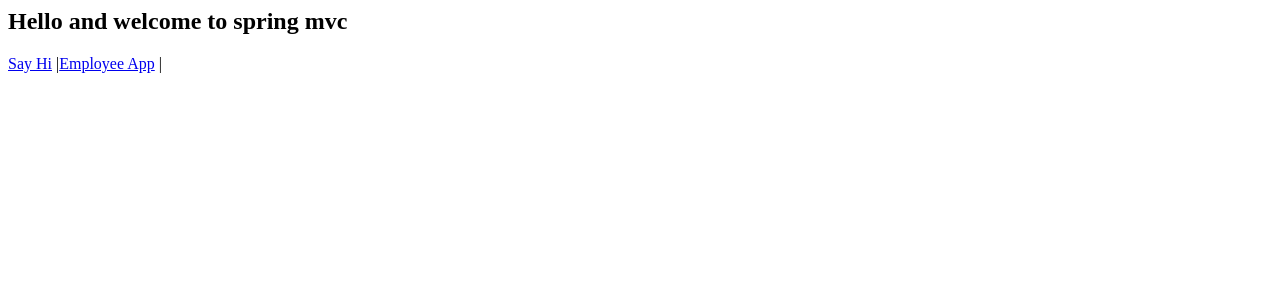
Repository: LuckyDhiman819/reveture-data
Page: http://localhost/spring-mvc-all-annotation/
The author's editor kept a copy of each file at every save. The page is drawn from the files as they stood at one save, then again after the next save.
The browser window is 1280 px wide. The pictures show the whole page.
The page is served by Tomcat 9. Other server files are loaded and not shown.

Above is the page before, as saved 2021-08-25 05:08:01.

### Revature/eclipse-workspace/spring-mvc-all-annotation/src/main/webapp/index.jsp
<html>
<body>
<h2>Hello and welcome to spring mvc</h2>
<a href="hi">Say Hi</a> |<a href="emp">Employee App</a> |
</body>
</html>

After the next save:
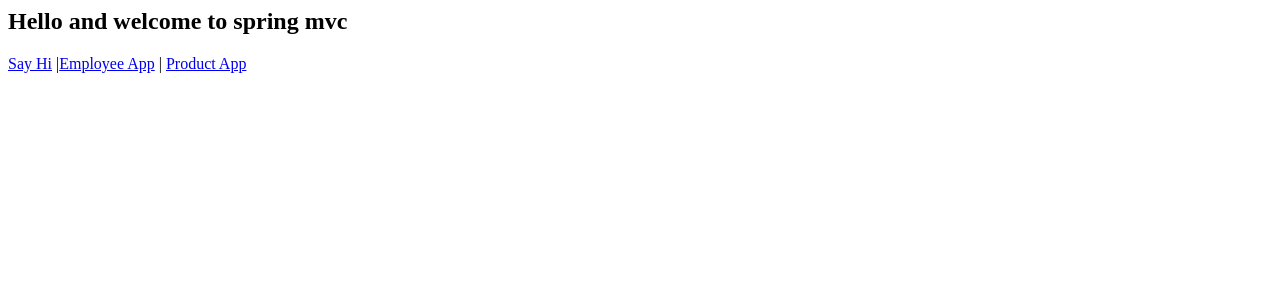
Saved 115 s later.
--- a/Revature/eclipse-workspace/spring-mvc-all-annotation/src/main/webapp/index.jsp
+++ b/Revature/eclipse-workspace/spring-mvc-all-annotation/src/main/webapp/index.jsp
@@ -2,5 +2,6 @@
 <body>
 <h2>Hello and welcome to spring mvc</h2>
 <a href="hi">Say Hi</a> |<a href="emp">Employee App</a> |
+<a href = "product">Product App</a>
 </body>
 </html>
